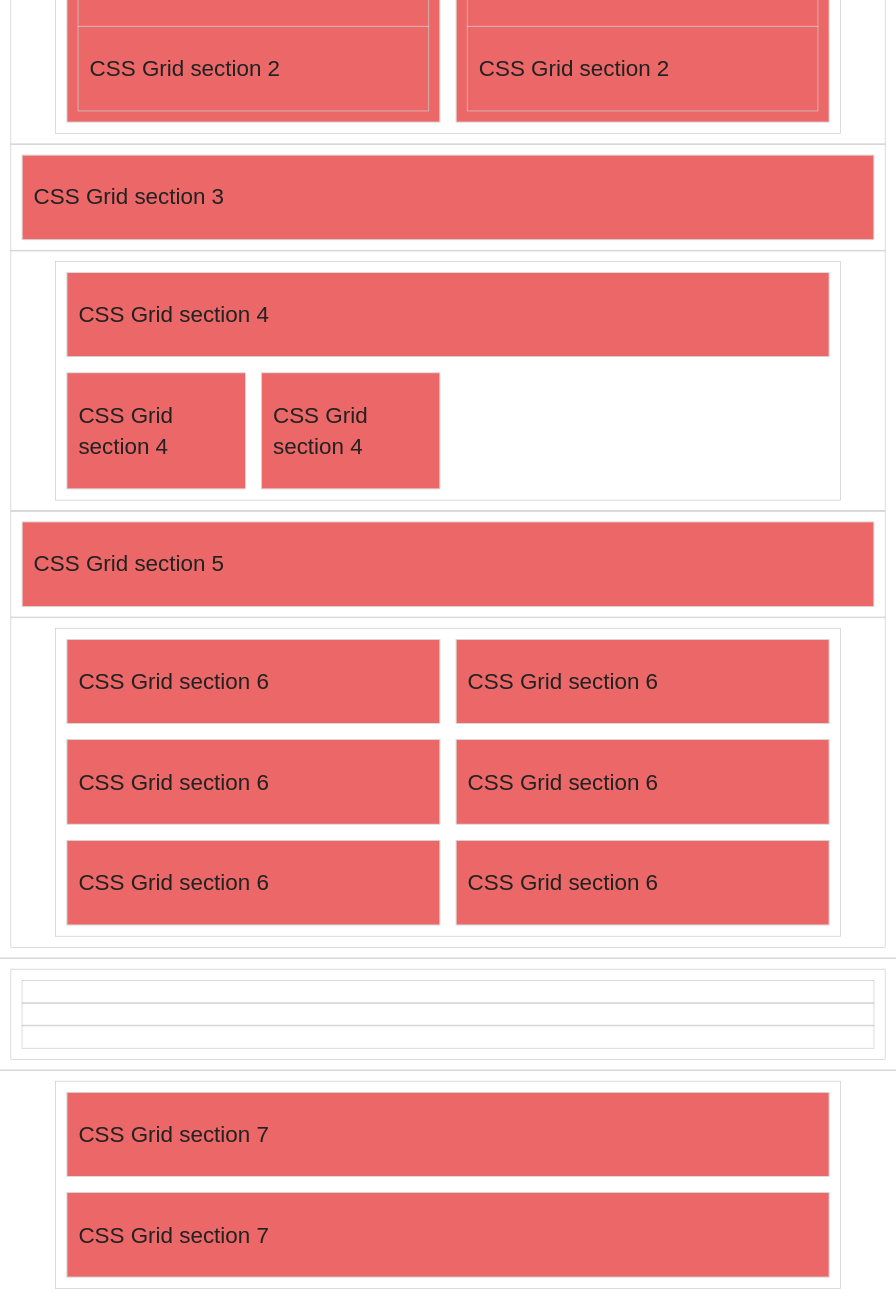
Repository: anoncoderin/madhu_kushal_html_layout
Page: metrosite_week4hw/index.html
An editor plug-in stored every save of this project. The page is shown before and after a run of saves, followed by the edit.
The browser window is 1280 px wide. The pictures show the part of the page from y = 800 to 2720 px (the page is 2656 px tall before and 2720 px after), at 70% of full size.

Above is the page before, as saved 2023-01-28 11:18:41.

### metrosite_week4hw/index.html
<!doctype html>
<html class="no-js" lang="EN">

<head>
  <meta charset="utf-8">
  <title>Metrolics</title>
  <meta name="description" content="Some demo test website">
  <meta name="viewport" content="width=device-width, initial-scale=1">

  <meta property="og:title" content="">
  <meta property="og:type" content="">
  <meta property="og:url" content="">
  <meta property="og:image" content="">

  <link rel="manifest" href="site.webmanifest">
  <link rel="apple-touch-icon" href="icon.png">
  <!-- Place favicon.ico in the root directory -->

  <link rel="stylesheet" href="css/normalize.css">
  <link rel="stylesheet" href="css/main.css">

  <meta name="theme-color" content="#fafafa">
</head>

<body>


  <script src="js/vendor/modernizr-3.11.2.min.js"></script>
  <script src="js/plugins.js"></script>
  <script src="js/main.js"></script>

  <!-- Google Analytics: change UA-XXXXX-Y to be your site's ID. -->
  <script>
    window.ga = function () { ga.q.push(arguments) }; ga.q = []; ga.l = +new Date;
    ga('create', 'UA-XXXXX-Y', 'auto'); ga('set', 'anonymizeIp', true); ga('set', 'transport', 'beacon'); ga('send', 'pageview')
  </script>
  <script src="https://www.google-analytics.com/analytics.js" async></script>

  <script src="js/vendor/modernizr-3.11.2.min.js"></script>
  <script src="js/plugins.js"></script>
  <script src="js/main.js"></script>

  <!-- Google Analytics: change UA-XXXXX-Y to be your site's ID. -->
  <script>
    window.ga = function () { ga.q.push(arguments) }; ga.q = []; ga.l = +new Date;
    ga('create', 'UA-XXXXX-Y', 'auto'); ga('set', 'anonymizeIp', true); ga('set', 'transport', 'beacon'); ga('send', 'pageview')
  </script>
  <script src="https://www.google-analytics.com/analytics.js" async></script>





  <header class="">
    <div class="row">
      <div class="col">
        <h1>CSS Grid 1</h1>
      </div>
      <div class="col">
        <h1>CSS Grid 1</h1>
      </div>
    </div>

  </header>


  <div class="main-container">
    <section>

      <div class="row">
        <div class="col">
          <h1>CSS Grid section 1</h1>
        </div>

      </div>


    </section>

    <section>

      <div class="row tab-col-2 ">
        <div class="col col tab-row-span">
          <h1>CSS Grid section 1</h1>
        </div>
        <div class="col">
          <div class="col">
            <h1>CSS Grid section 2</h1>
          </div>
          <div class="col">
            <h1>CSS Grid section 2</h1>
          </div>
        </div>
        <div class="col">

          <div class="col">
            <h1>CSS Grid section 2</h1>
          </div>
          <div class="col">
            <h1>CSS Grid section 2</h1>
          </div>
        </div>
      </div>


    </section>
    <section>
      <div class="col">
        <h1>CSS Grid section 3</h1>
      </div>
    </section>

    <section>

      <div class="row tab-col-2 l-col-4",>
        <div class="col tab-row-span">

          <h1>CSS Grid section 4</h1>

        </div>
        <div class="col">
          <h1>CSS Grid section 4</h1>
        </div>

        <div class="col">

          <h1>CSS Grid section 4</h1>
        </div>



      </div>


    </section>

    <section>
      <div class="col">
        <h1>CSS Grid section 5</h1>
      </div>
    </section>

    <section>

      <div class="row tab-col-2">
        <div class="col">
          <h1>CSS Grid section 6</h1>
        </div>
        <div class="col">
          <h1>CSS Grid section 6</h1>
        </div>
        <div class="col">
          <h1>CSS Grid section 6</h1>
        </div>
        <div class="col">
          <h1>CSS Grid section 6</h1>
        </div>

        <div class="col">
          <h1>CSS Grid section 6</h1>
        </div>
        <div class="col">
          <h1>CSS Grid section 6</h1>
        </div>
      </div>
    </section>
  </div>
  <section>
    <div class="links">
      <div></div>
      <div></div>
      <div></div>
      <d

    </div>
  </section>

  <footer>
    <div class="row">
      <div class="col">
        <h1>CSS Grid section 7</h1>
      </div>
      <div class="col">
        <h1>CSS Grid section 7</h1>
      </div>
    </div>

  </footer>









</body>

</html>

### metrosite_week4hw/css/main.css
/*! HTML5 Boilerplate v8.0.0 | MIT License | https://html5boilerplate.com/ */

/* main.css 2.1.0 | MIT License | https://github.com/h5bp/main.css#readme */
/*
 * What follows is the result of much research on cross-browser styling.
 * Credit left inline and big thanks to Nicolas Gallagher, Jonathan Neal,
 * Kroc Camen, and the H5BP dev community and team.
 */

/* ==========================================================================
   Base styles: opinionated defaults
   ========================================================================== */

html {
  color: #222;
  font-size: 1em;
  line-height: 1.4;
}

/*
 * Remove text-shadow in selection highlight:
 * https://twitter.com/miketaylr/status/12228805301
 *
 * Vendor-prefixed and regular ::selection selectors cannot be combined:
 * https://stackoverflow.com/a/16982510/7133471
 *
 * Customize the background color to match your design.
 */

::-moz-selection {
  background: #b3d4fc;
  text-shadow: none;
}

::selection {
  background: #b3d4fc;
  text-shadow: none;
}

div,
main,
header,
section,
footer{
  outline: 1px solid #ccc;
  min-height: 1rem;
  padding: 1rem;
}

*,
*:before,
*:after{
  box-sizing: border-box;
}

img{
  width: 100%;
}


h1,
h2,
h3,
h4,
h5,
h6 {
  font-family:Arial, Helvetica, sans-serif;
  font-weight: 300;
}

p{
  font-family:Arial, Helvetica, sans-serif;
}

.row{
  display: grid;
  row-gap: 1rem;
}
.col{
  position: relative;
  background-color: rgb(236, 103, 103);
}

/* Small only */
@media screen and (max-width: 39.9375em) {}
/* Medium and up */
@media screen and (min-width: 40em) {
  .row{
    max-width: 70rem;
    column-gap: 1.5rem;
    row-gap: 1.5rem;
    margin: 0 auto;
  }
  .tab-col-2{
    grid-template-columns: 1fr 1fr;

  }
  .tab-col-3{
    grid-template-columns: repeat(3, 1fr);

}


.tab-row-span{
  grid-column-start: 1;
  grid-column-end: -1;
}
}
/* Medium only */
@media screen and (min-width: 40em) and
(max-width: 63.9375em) {}
/* Large and up */
@media screen and (min-width: 64em) {
  .l-col-4{
    grid-template-columns: repeat(4,1fr);
  }
}
/* Large only */
@media screen and (min-width: 64em) and
(max-width: 74.9375em) {}


/*
 * A better looking default horizontal rule
 */

hr {
  display: block;
  height: 1px;
  border: 0;
  border-top: 1px solid #ccc;
  margin: 1em 0;
  padding: 0;
}

/*
 * Remove the gap between audio, canvas, iframes,
 * images, videos and the bottom of their containers:
 * https://github.com/h5bp/html5-boilerplate/issues/440
 */

audio,
canvas,
iframe,
img,
svg,
video {
  vertical-align: middle;
}

/*
 * Remove default fieldset styles.
 */

fieldset {
  border: 0;
  margin: 0;
  padding: 0;
}

/*
 * Allow only vertical resizing of textareas.
 */

textarea {
  resize: vertical;
}

/* ==========================================================================
   Author's custom styles
   ========================================================================== */

/* ==========================================================================
   Helper classes
   ========================================================================== */

/*
 * Hide visually and from screen readers
 */

.hidden,
[hidden] {
  display: none !important;
}

/*
 * Hide only visually, but have it available for screen readers:
 * https://snook.ca/archives/html_and_css/hiding-content-for-accessibility
 *
 * 1. For long content, line feeds are not interpreted as spaces and small width
 *    causes content to wrap 1 word per line:
 *    https://medium.com/@jessebeach/beware-smushed-off-screen-accessible-text-5952a4c2cbfe
 */

.sr-only {
  border: 0;
  clip: rect(0, 0, 0, 0);
  height: 1px;
  margin: -1px;
  overflow: hidden;
  padding: 0;
  position: absolute;
  white-space: nowrap;
  width: 1px;
  /* 1 */
}

/*
 * Extends the .sr-only class to allow the element
 * to be focusable when navigated to via the keyboard:
 * https://www.drupal.org/node/897638
 */

.sr-only.focusable:active,
.sr-only.focusable:focus {
  clip: auto;
  height: auto;
  margin: 0;
  overflow: visible;
  position: static;
  white-space: inherit;
  width: auto;
}

/*
 * Hide visually and from screen readers, but maintain layout
 */

.invisible {
  visibility: hidden;
}

/*
 * Clearfix: contain floats
 *
 * For modern browsers
 * 1. The space content is one way to avoid an Opera bug when the
 *    `contenteditable` attribute is included anywhere else in the document.
 *    Otherwise it causes space to appear at the top and bottom of elements
 *    that receive the `clearfix` class.
 * 2. The use of `table` rather than `block` is only necessary if using
 *    `:before` to contain the top-margins of child elements.
 */

.clearfix::before,
.clearfix::after {
  content: " ";
  display: table;
}

.clearfix::after {
  clear: both;
}

/* ==========================================================================
   EXAMPLE Media Queries for Responsive Design.
   These examples override the primary ('mobile first') styles.
   Modify as content requires.
   ========================================================================== */

@media only screen and (min-width: 35em) {
  /* Style adjustments for viewports that meet the condition */
}

@media print,
  (-webkit-min-device-pixel-ratio: 1.25),
  (min-resolution: 1.25dppx),
  (min-resolution: 120dpi) {
  /* Style adjustments for high resolution devices */
}

/* ==========================================================================
   Print styles.
   Inlined to avoid the additional HTTP request:
   https://www.phpied.com/delay-loading-your-print-css/
   ========================================================================== */

@media print {
  *,
  *::before,
  *::after {
    background: #fff !important;
    color: #000 !important;
    /* Black prints faster */
    box-shadow: none !important;
    text-shadow: none !important;
  }

  a,
  a:visited {
    text-decoration: underline;
  }

  a[href]::after {
    content: " (" attr(href) ")";
  }

  abbr[title]::after {
    content: " (" attr(title) ")";
  }

  /*
   * Don't show links that are fragment identifiers,
   * or use the `javascript:` pseudo protocol
   */
  a[href^="#"]::after,
  a[href^="javascript:"]::after {
    content: "";
  }

  pre {
    white-space: pre-wrap !important;
  }

  pre,
  blockquote {
    border: 1px solid #999;
    page-break-inside: avoid;
  }

  /*
   * Printing Tables:
   * https://web.archive.org/web/20180815150934/http://css-discuss.incutio.com/wiki/Printing_Tables
   */
  thead {
    display: table-header-group;
  }

  tr,
  img {
    page-break-inside: avoid;
  }

  p,
  h2,
  h3 {
    orphans: 3;
    widows: 3;
  }

  h2,
  h3 {
    page-break-after: avoid;
  }
}

### metrosite_week4hw/js/plugins.js
// Avoid `console` errors in browsers that lack a console.
(function() {
  var method;
  var noop = function () {};
  var methods = [
    'assert', 'clear', 'count', 'debug', 'dir', 'dirxml', 'error',
    'exception', 'group', 'groupCollapsed', 'groupEnd', 'info', 'log',
    'markTimeline', 'profile', 'profileEnd', 'table', 'time', 'timeEnd',
    'timeline', 'timelineEnd', 'timeStamp', 'trace', 'warn'
  ];
  var length = methods.length;
  var console = (window.console = window.console || {});

  while (length--) {
    method = methods[length];

    // Only stub undefined methods.
    if (!console[method]) {
      console[method] = noop;
    }
  }
}());

// Place any jQuery/helper plugins in here.

Loaded but not shown: metrosite_week4hw/css/normalize.css (library); metrosite_week4hw/js/vendor/modernizr-3.11.2.min.js (library); metrosite_week4hw/js/main.js (no stored copy; drawn as an empty file)

After the next 6 saves:
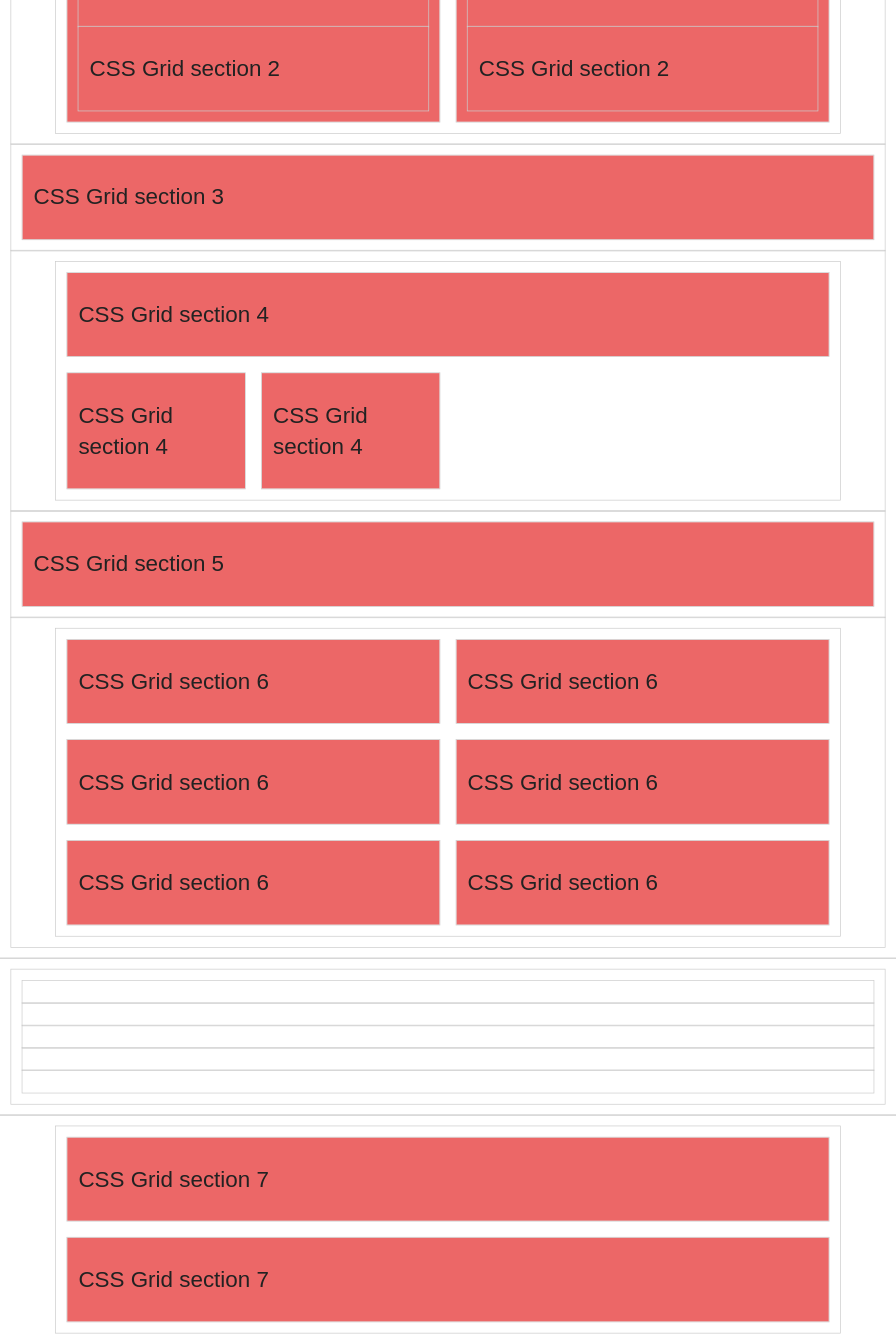
The 6 saves are shown as one change because they came seconds apart.
The last was saved 15 s later.
--- a/metrosite_week4hw/index.html
+++ b/metrosite_week4hw/index.html
@@ -170,7 +170,8 @@
       <div></div>
       <div></div>
       <div></div>
-      <d
+      <div></div>
+      <div></div>
 
     </div>
   </section>
